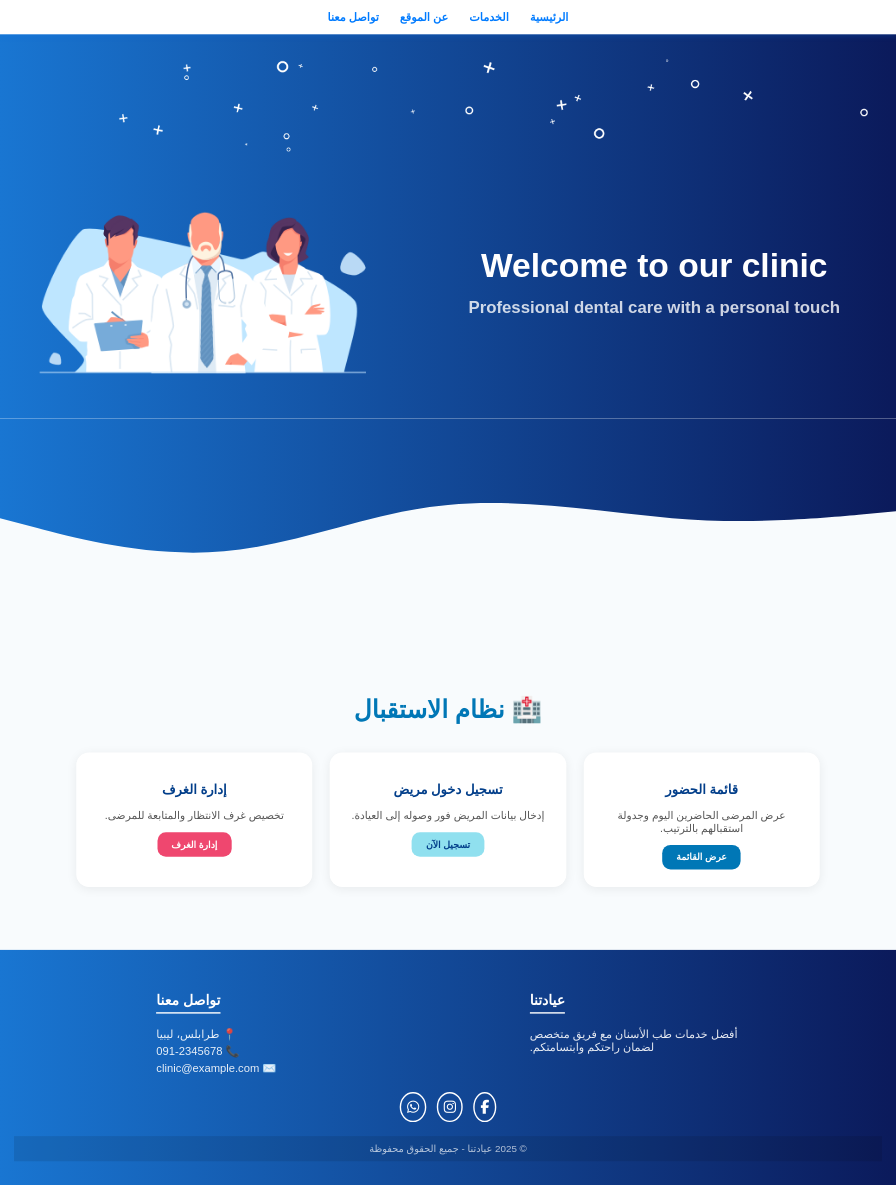
Repository: mysite4/s
Page: http://localhost/services/reception/
An editor plug-in stored every save of this project. The page is shown before and after the next save, followed by the edit.
The browser window is 1280 px wide. The pictures show the whole page, at 70% of full size.
Some web fonts or font styles are not loaded; a fallback is used. The page is served by the project's application, run on Django 5.2 (manage.py).

Above is the page before, as saved 2025-10-28 18:24:19.

After the next save:
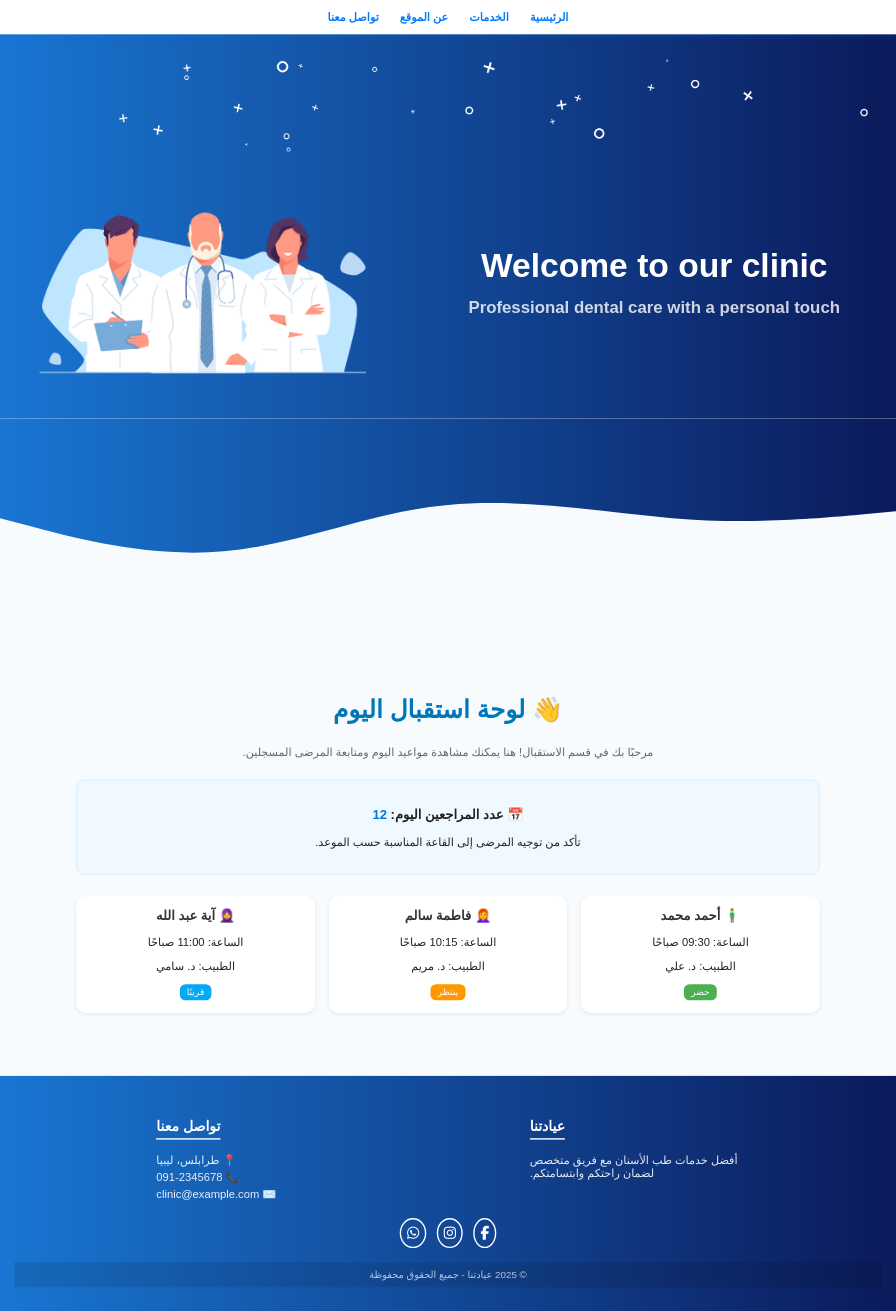
Saved 108 s later.
--- a/main/templates/services/reception.html
+++ b/main/templates/services/reception.html
@@ -5,26 +5,95 @@
 <link rel="stylesheet" href="{% static 'css/dashboard.css' %}">
 
 <div class="page-container fade-in">
-  <h1 class="page-title">🏥 نظام الاستقبال</h1>
+  <h1 class="page-title">👋 لوحة استقبال اليوم</h1>
+  <p class="page-subtitle">
+    مرحبًا بك في قسم الاستقبال! هنا يمكنك مشاهدة مواعيد اليوم ومتابعة المرضى المسجلين.
+  </p>
 
-  <div class="grid-container">
-    <div class="card">
-      <h3>قائمة الحضور</h3>
-      <p>عرض المرضى الحاضرين اليوم وجدولة استقبالهم بالترتيب.</p>
-      <button class="btn-main">عرض القائمة</button>
+  <div class="stats-box">
+    <h3>📅 عدد المراجعين اليوم: <span class="highlight">12</span></h3>
+    <p>تأكد من توجيه المرضى إلى القاعة المناسبة حسب الموعد.</p>
+  </div>
+
+  <div class="appointments-grid">
+    <div class="appointment-card">
+      <h3>🧍‍♂️ أحمد محمد</h3>
+      <p>الساعة: 09:30 صباحًا</p>
+      <p>الطبيب: د. علي</p>
+      <span class="status arrived">حضر</span>
     </div>
 
-    <div class="card">
-      <h3>تسجيل دخول مريض</h3>
-      <p>إدخال بيانات المريض فور وصوله إلى العيادة.</p>
-      <button class="btn-secondary">تسجيل الآن</button>
+    <div class="appointment-card">
+      <h3>👩‍🦰 فاطمة سالم</h3>
+      <p>الساعة: 10:15 صباحًا</p>
+      <p>الطبيب: د. مريم</p>
+      <span class="status waiting">ينتظر</span>
     </div>
 
-    <div class="card">
-      <h3>إدارة الغرف</h3>
-      <p>تخصيص غرف الانتظار والمتابعة للمرضى.</p>
-      <button class="btn-alert">إدارة الغرف</button>
+    <div class="appointment-card">
+      <h3>🧕 آية عبد الله</h3>
+      <p>الساعة: 11:00 صباحًا</p>
+      <p>الطبيب: د. سامي</p>
+      <span class="status soon">قريبًا</span>
     </div>
   </div>
 </div>
+
+<style>
+.page-subtitle {
+  text-align: center;
+  color: #666;
+  margin-top: -10px;
+  margin-bottom: 30px;
+}
+
+.stats-box {
+  background-color: #f0f9ff;
+  border: 1px solid #cce7ff;
+  padding: 20px;
+  text-align: center;
+  border-radius: 12px;
+  margin-bottom: 30px;
+}
+
+.highlight {
+  color: #0078d7;
+  font-weight: bold;
+}
+
+.appointments-grid {
+  display: grid;
+  grid-template-columns: repeat(auto-fit, minmax(260px, 1fr));
+  gap: 20px;
+}
+
+.appointment-card {
+  background: #fff;
+  border-radius: 14px;
+  padding: 18px;
+  box-shadow: 0 2px 6px rgba(0,0,0,0.08);
+  transition: transform 0.2s ease;
+}
+
+.appointment-card:hover {
+  transform: translateY(-4px);
+}
+
+.appointment-card h3 {
+  margin: 0 0 10px;
+  color: #333;
+}
+
+.status {
+  display: inline-block;
+  padding: 4px 10px;
+  border-radius: 8px;
+  font-size: 13px;
+  color: #fff;
+}
+
+.status.arrived { background-color: #4caf50; }
+.status.waiting { background-color: #ff9800; }
+.status.soon { background-color: #03a9f4; }
+</style>
 {% endblock %}
